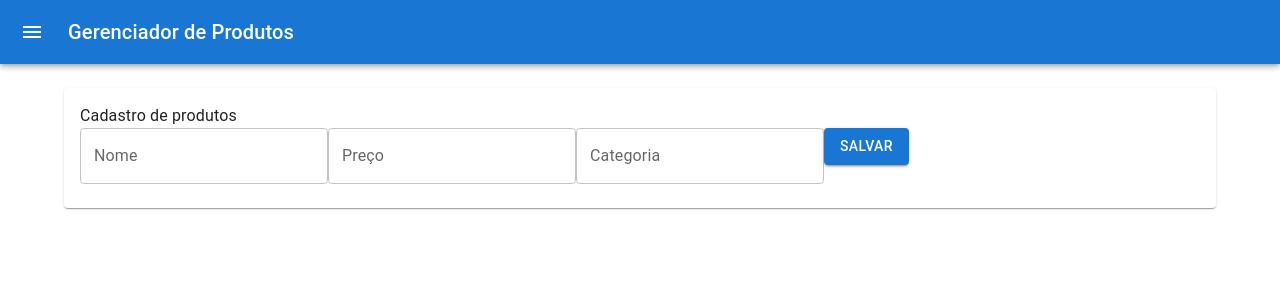
Repository: KennedyWanderson/crud-web
Page: /
The author's editor kept a copy of each file at every save. The page is drawn from the files as they stood at one save, then again after the next save.
The browser window is 1280 px wide. The pictures show the whole page.
The project was rebuilt for these pictures with package versions that can differ from the ones it lists, and the page was loaded fresh each time. Also part of the build but not shown: src/Components/ProductList.js, src/Components/CategoryRegister.js, src/Components/CategotyList.js.

Above is the page before, as saved 2023-11-15 16:29:35.

After the next save:
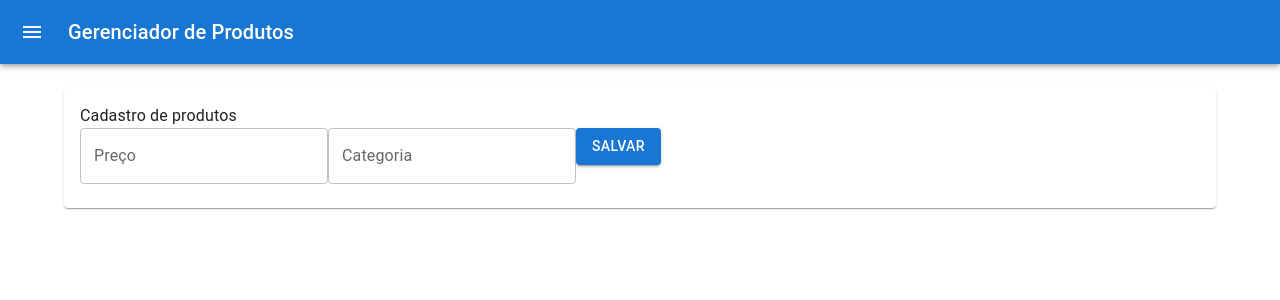
Saved 8 s later.
--- a/src/Components/ProductRegister.js
+++ b/src/Components/ProductRegister.js
@@ -7,7 +7,6 @@
             <CardContent>
                 <div>{props.text}</div>
                 <div className={`flex flex-col m-10`}>
-                        <TextField className={`w-7/12 mt-10`} id="outlined-basic" label="Nome" variant="outlined" />
                         <TextField className={`w-7/12`} id="outlined-basic" label="Preço" variant="outlined" />
                         <TextField className={`w-7/12`} id="outlined-basic" label="Categoria" variant="outlined" />
                         <Button className={`w-20`} variant="contained">Salvar</Button>

After the 3 saves that followed:
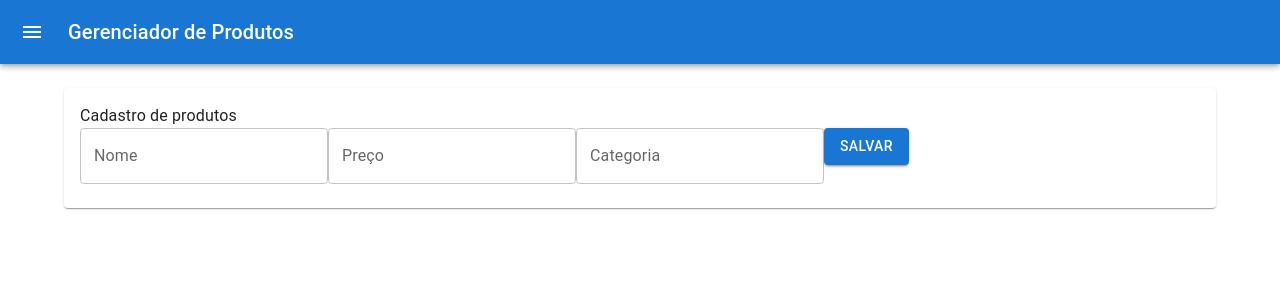
The 3 saves are shown as one change because they came seconds apart.
The last was saved 14 s later.
--- a/src/Components/ProductRegister.js
+++ b/src/Components/ProductRegister.js
@@ -7,6 +7,7 @@
             <CardContent>
                 <div>{props.text}</div>
                 <div className={`flex flex-col m-10`}>
+                        <TextField className={`w-7/12 `} id="outlined-basic" label="Nome" variant="outlined" />
                         <TextField className={`w-7/12`} id="outlined-basic" label="Preço" variant="outlined" />
                         <TextField className={`w-7/12`} id="outlined-basic" label="Categoria" variant="outlined" />
                         <Button className={`w-20`} variant="contained">Salvar</Button>
